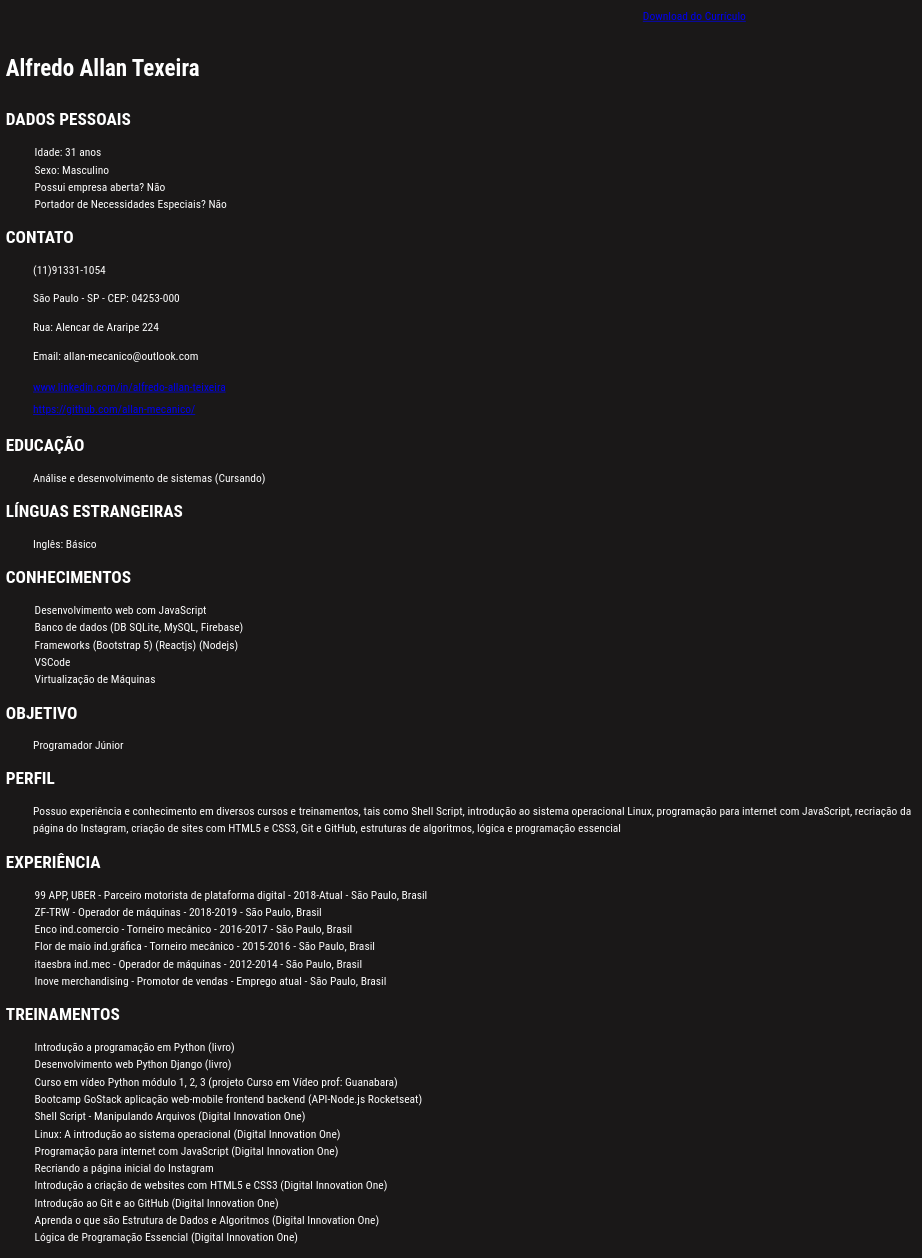
Repository: alfredo-allan/Portfolio
Page: curriculo.html
The author's editor kept a copy of each file at every save. The page is drawn from the files as they stood at one save, then again after a run of saves.
The browser window is 1280 px wide. The pictures show the whole page, at 72% of full size.

Above is the page before, as saved 2024-03-20 17:20:24.

After the next 2 saves:
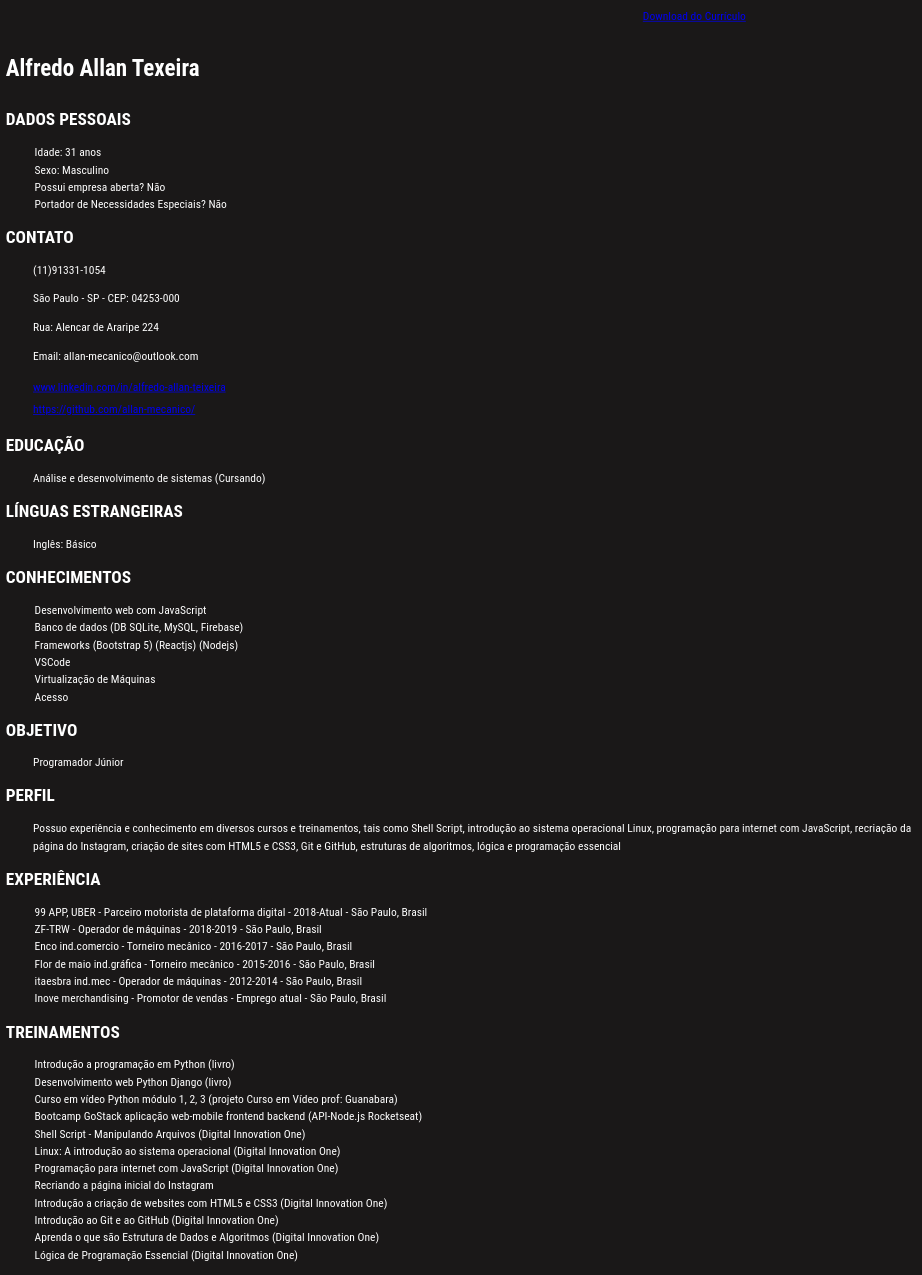
The 2 saves are shown as one change because they came seconds apart.
The last was saved 7 s later.
--- a/curriculo.html
+++ b/curriculo.html
@@ -49,7 +49,7 @@
       <li>Frameworks (Bootstrap 5) (Reactjs) (Nodejs)</li>
       <li>VSCode</li>
 			<li>Virtualização de Máquinas</li>
-
+			<li>Acesso </li>
     </ul>
 
     <h2>OBJETIVO</h2>
